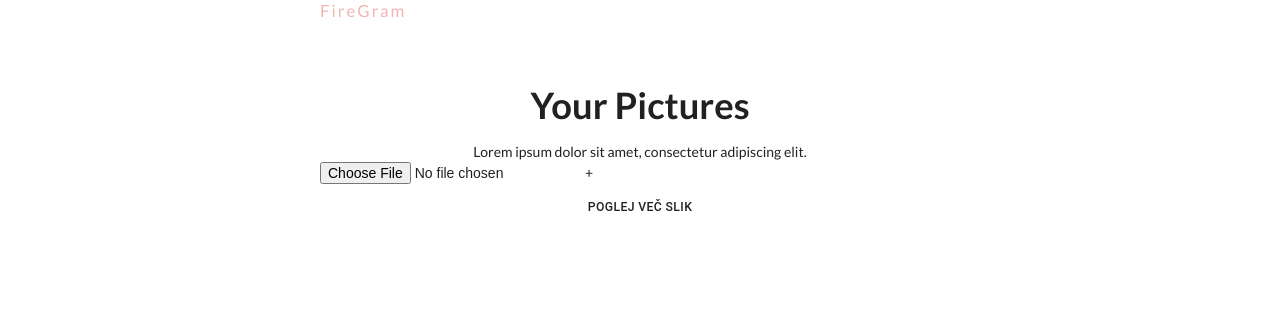
Repository: gregorskrinjar/react_ita
Page: / (app in frontend/)
An editor plug-in stored every save of this project. The page is shown before and after a run of saves, followed by the edit.
The browser window is 1280 px wide. The pictures show the whole page.
The page's requests for data from a server got no answer. The project was rebuilt for these pictures with package versions that can differ from the ones it lists, and the page was loaded fresh each time. No one was signed in, and anything a server would have sent is missing. Also part of the build but not shown: frontend/src/Header.jsx, frontend/src/Home.js, frontend/src/components/accountBox/common.jsx, frontend/src/components/marginer/index.jsx, frontend/src/components/accountBox/accountContext.js, frontend/src/api/axiosUserAuth.js, frontend/src/components/accountBox/loginForm.jsx, frontend/src/components/accountBox/signupForm.jsx and 6 more.

Above is the page before, as saved 2021-06-01 01:21:35.

After the next 2 saves:
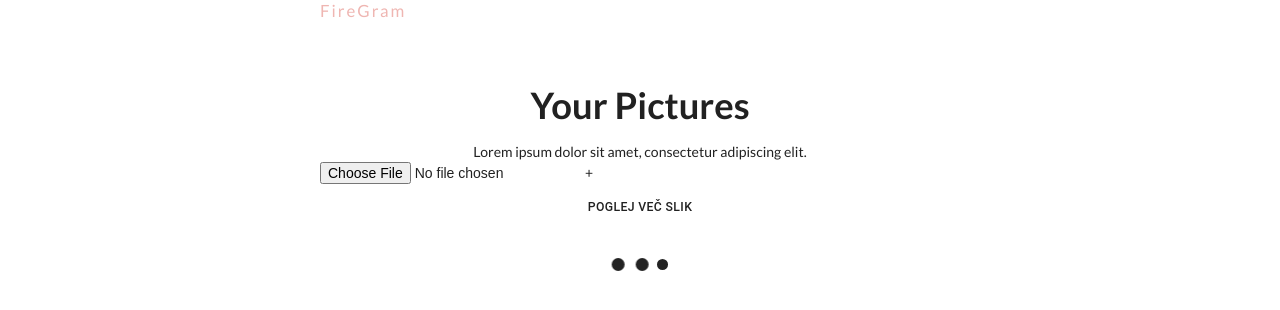
The 2 saves are shown as one change because 1 did not build or start.
The last was saved 8 h 46 min later.
--- a/frontend/src/components/gallery/ImageCard.js
+++ b/frontend/src/components/gallery/ImageCard.js
@@ -21,6 +21,7 @@ import Grid from "@material-ui/core/Grid";
 import Commentar from "../comments/Comment";
 import { projectFirestore } from "../../firebase/config";
 import { Button } from "@material-ui/core";
+import Loader from "./Loader";
 
 const useStyles = makeStyles((theme) => ({
   root: {
@@ -162,7 +163,7 @@ function ImageCard({ selectedImg, setSelectedImg }) {
             </Card>
           </Grid>
         ))}
-      {!loading && <div className="load-more"><Button onClick={fetchImages}>Poglej več slik</Button></div>}
+      {!loading && <div className="load-more"><Button onClick={fetchImages}>Poglej več slik</Button> <Loader /></div>}
     </div>
   );
 }
--- a/frontend/src/components/gallery/Loader.js
+++ b/frontend/src/components/gallery/Loader.js
@@ -60,7 +60,7 @@ text-align: center;
 }
 `;
 
-export const Loader = () => {
+const Loader = () => {
   return (
     <Loading>
       <div class="lds-ellipsis">
@@ -76,3 +76,5 @@ export const Loader = () => {
     </Loading>
   )
 }
+
+export default Loader;
